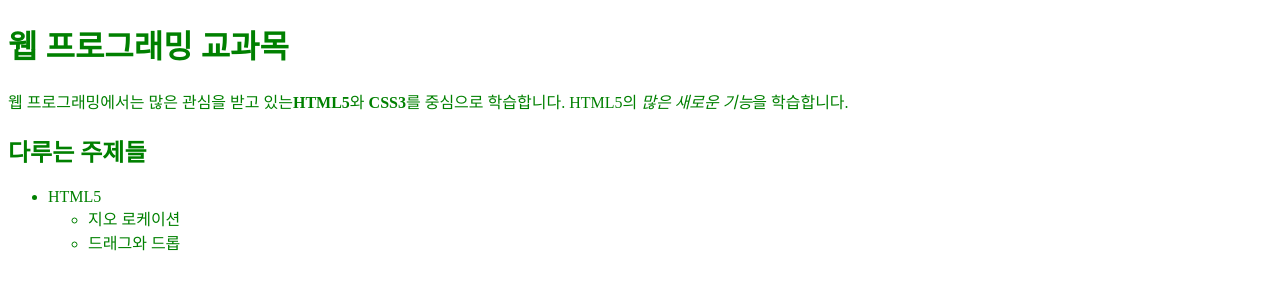
Repository: daehyeonhong/HTML
Page: exercise/WebContent/exercise0519/exercise011.html
These files come from the project's save history. The page is drawn as it stood at one moment and after the next save; the edit follows.
The browser window is 1280 px wide. The pictures show the whole page.

Above is the page before, as saved 2020-05-19 10:19:11.

### exercise/WebContent/exercise0519/exercise011.html
<!DOCTYPE html>
<html>
<head>
<meta charset="UTF-8">
<title>Insert title here</title>
<style type="text/css">
body {
	color: green;
}
body<p {
	color: black;
}
</style>
</head>
<body>
	<h1>웹 프로그래밍 교과목</h1>

	<p>
		웹 프로그래밍에서는 많은 관심을 받고 있는<strong>HTML5</strong>와 <strong>CSS3</strong>를
		중심으로 학습합니다. HTML5의 <em>많은 새로운 기능</em>을 학습합니다.
	</p>

	<h2>다루는 주제들</h2>
	<ul>
		<li>HTML5
			<ul>
				<li>지오 로케이션</li>
				<li>드래그와 드롭</li>
			</ul>
		</li>
	</ul>
</body>
</html>

After the next save:
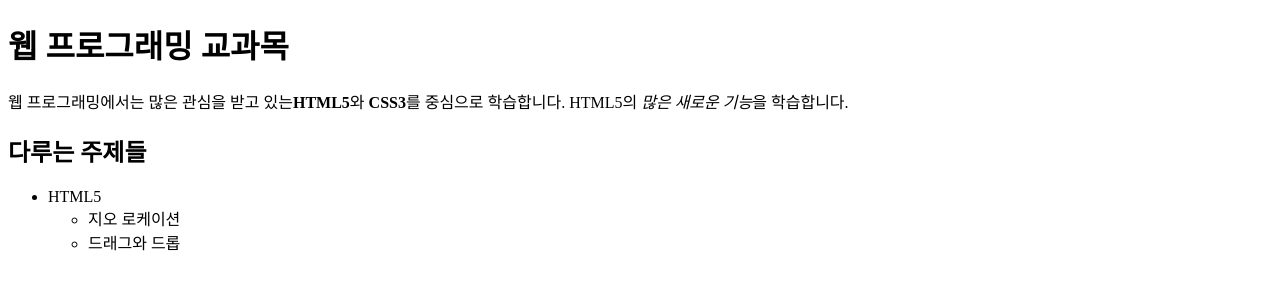
Saved 9 s later.
--- a/exercise/WebContent/exercise0519/exercise011.html
+++ b/exercise/WebContent/exercise0519/exercise011.html
@@ -7,7 +7,7 @@
 body {
 	color: green;
 }
-body<p {
+body,p {
 	color: black;
 }
 </style>

After the 2 saves that followed:
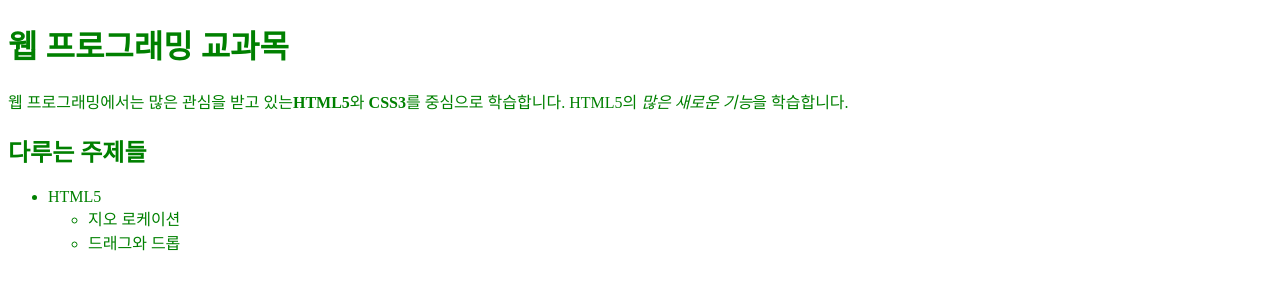
The 2 saves are shown as one change because 1 left the picture as it was.
The last was saved 28 s later.
--- a/exercise/WebContent/exercise0519/exercise011.html
+++ b/exercise/WebContent/exercise0519/exercise011.html
@@ -4,13 +4,9 @@
 <meta charset="UTF-8">
 <title>Insert title here</title>
 <style type="text/css">
-body {
+body,h1 h2 {
 	color: green;
-}
-body,p {
-	color: black;
-}
-</style>
+}</style>
 </head>
 <body>
 	<h1>웹 프로그래밍 교과목</h1>
